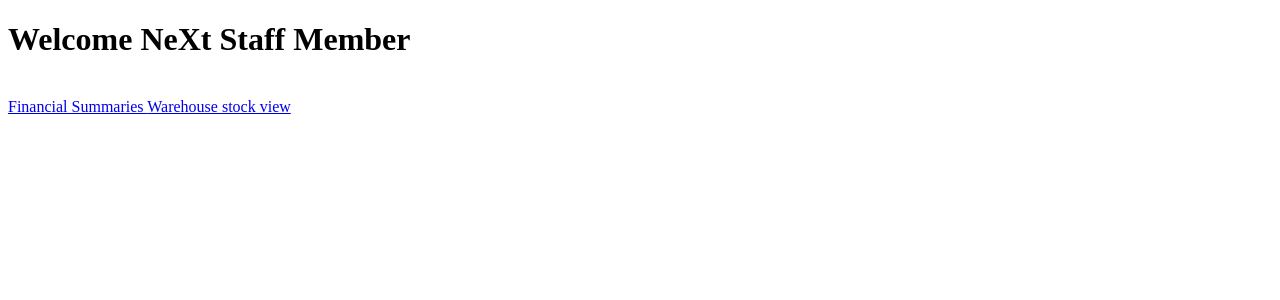
Repository: rstevenson6/304Project
Page: http://localhost/GroupProject/Admin.jsp
An editor plug-in stored every save of this project. The page is shown before and after the next save, followed by the edit.
The browser window is 1280 px wide. The pictures show the whole page.
The page is served by Tomcat 9. Other server files are loaded and not shown.

Above is the page before, as saved 2016-11-28 06:08:03.

### GroupProject/WebContent/Admin.jsp
<%@ page language="java" contentType="text/html; charset=ISO-8859-1"
    pageEncoding="ISO-8859-1"%>
<!DOCTYPE html PUBLIC "-//W3C//DTD HTML 4.01 Transitional//EN" "http://www.w3.org/TR/html4/loose.dtd">
<html>
<head>
<meta http-equiv="Content-Type" content="text/html; charset=ISO-8859-1">
<title>Insert title here</title>
</head>
<body>
<h1> Welcome NeXt Staff Member</h1> </br>
<a href=\"addcart.jsp\"> Financial Summaries </a>
<a href=\"prodInfo.jsp\"> Warehouse stock view </a>


</body>
</html>

After the next save:
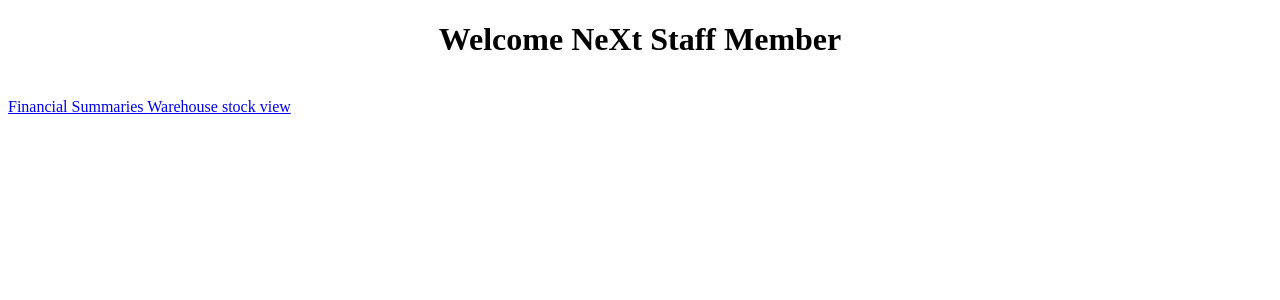
Saved 18 s later.
--- a/GroupProject/WebContent/Admin.jsp
+++ b/GroupProject/WebContent/Admin.jsp
@@ -7,7 +7,7 @@
 <title>Insert title here</title>
 </head>
 <body>
-<h1> Welcome NeXt Staff Member</h1> </br>
+<h1 align="center"> Welcome NeXt Staff Member</h1> </br>
 <a href=\"addcart.jsp\"> Financial Summaries </a>
 <a href=\"prodInfo.jsp\"> Warehouse stock view </a>
 
